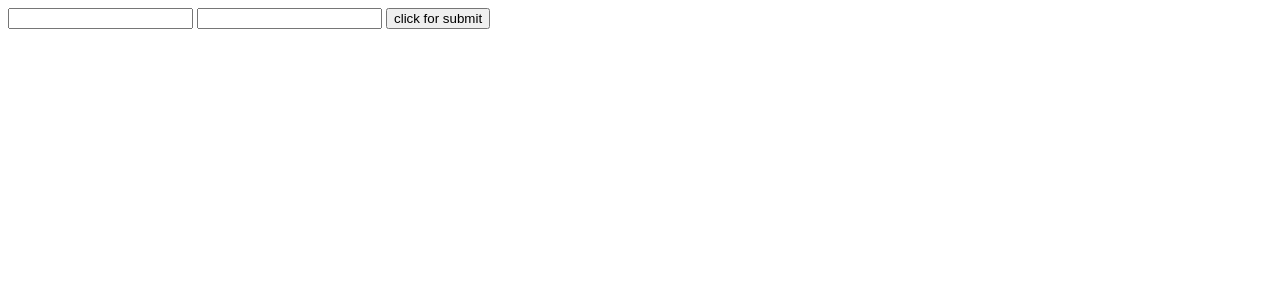
Repository: sanketvekariya23/advance_java_eclipse
Page: Req_Resp_methods/src/main/webapp/index2.html
An editor plug-in stored every save of this project. The page is shown before and after the next save, followed by the edit.
The browser window is 1280 px wide. The pictures show the whole page.

Above is the page before, as saved 2024-02-12 19:27:40.

### Req_Resp_methods/src/main/webapp/index2.html
<!DOCTYPE html>
<html>
<head>
<meta charset="ISO-8859-1">
<title>Insert title here</title>
</head>
<body>
	<form action="aaa" method = "post">
		<input type="text" name='name1'>
		<input type="text" name='email1'>
		<input type = "submit" value="click for submit">
	</form>
</body>
</html>

After the next save:
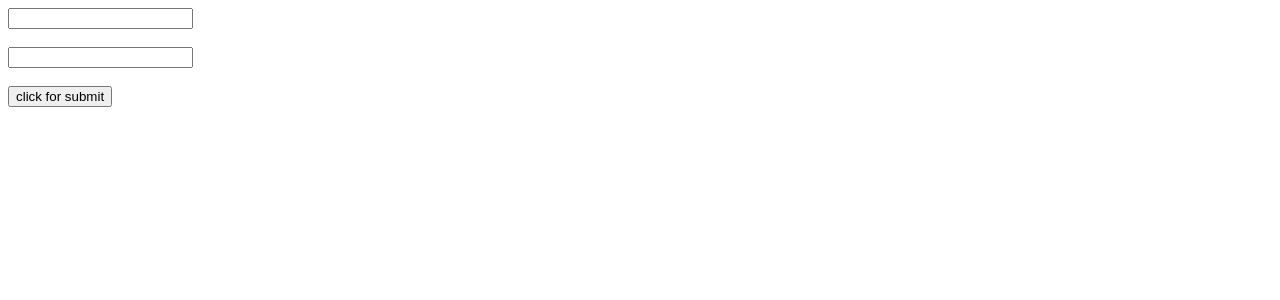
Saved 8 h 46 min later.
--- a/Req_Resp_methods/src/main/webapp/index2.html
+++ b/Req_Resp_methods/src/main/webapp/index2.html
@@ -6,9 +6,9 @@
 </head>
 <body>
 	<form action="aaa" method = "post">
-		<input type="text" name='name1'>
-		<input type="text" name='email1'>
-		<input type = "submit" value="click for submit">
+		<input type="text" name='name1' /> <br/> <br/>
+		<input type="text" name='email1' /> <br/> <br/>
+		<input type = "submit" value="click for submit" />
 	</form>
 </body>
 </html>
